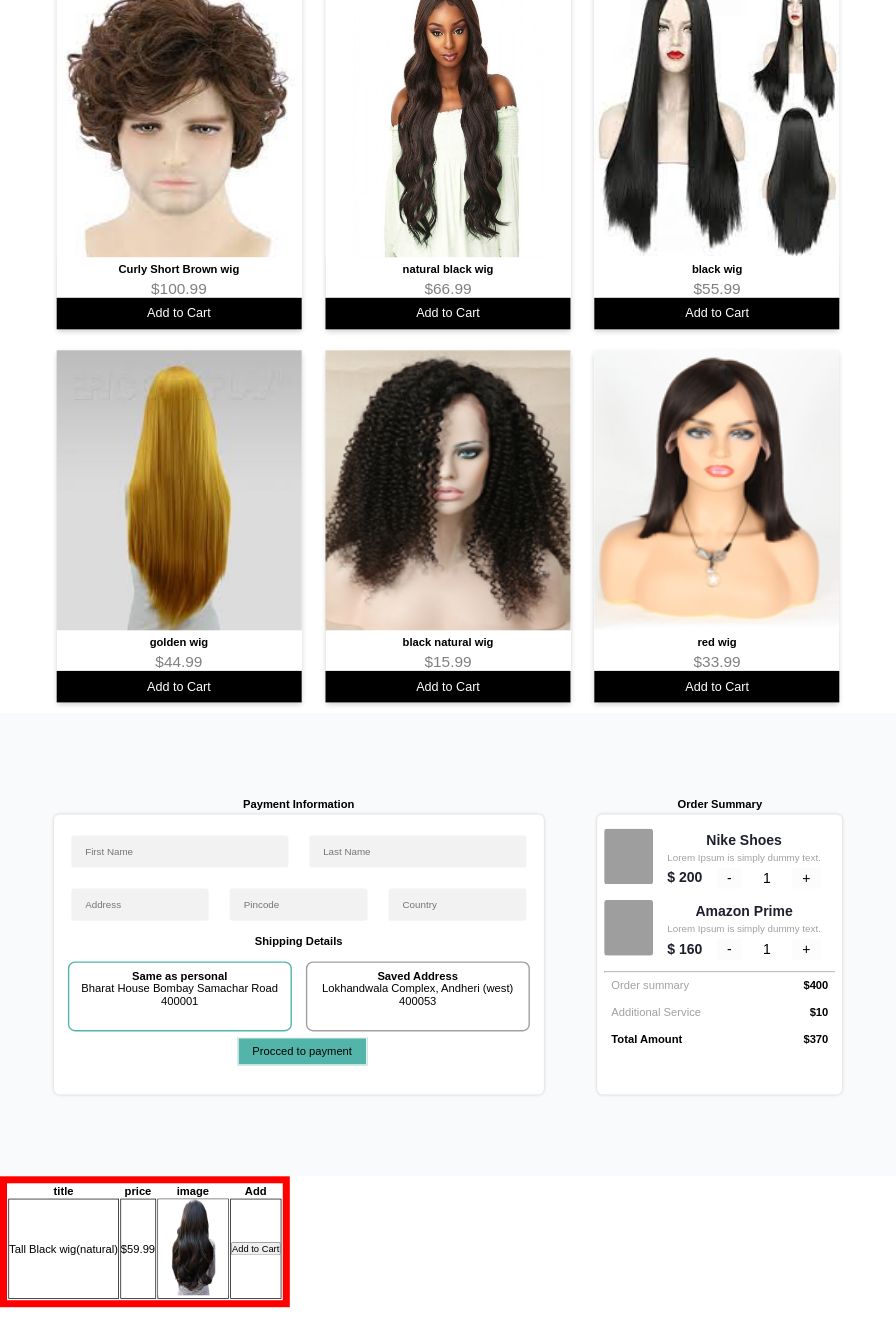
Repository: Zzero202/Zzero202
Page: index.html
The author's editor kept a copy of each file at every save. The page is drawn from the files as they stood at one save, then again after the next save.
The browser window is 1280 px wide. The pictures show the part of the page from y = 1248 to 3168 px (the page is 3166 px tall before and 3168 px after), at 70% of full size.
Pictures or frames that could not be fetched are drawn as grey boxes. A picture or video elsewhere on the page could not be fetched, so the positions and the page height are approximate.

Above is the page before, as saved 2021-12-09 01:46:49.

### index.html
<!DOCTYPE html>

<html>

<head>
	<title>Toupee Shop</title>

	<style>
		* {
			margin: 0;
			padding: 0;
		}

		.navbar {
			display: flex;
			align-items: center;
			justify-content: center;
			position: sticky;
			top: 0;
			cursor: pointer;
		}
    footer{
      display: flex;
			align-items: center;
			justify-content: center;
			position: sticky;
			bottom: 0;
			cursor: pointer;
      width: 100%;
    }

		.background {
			background: black;
			background-blend-mode: darken;
			background-size: cover;
		}

		.nav-list {
			width: 70%;
			display: flex;
			align-items: center;
		}

		.logo {
			display: flex;
			justify-content: center;
			align-items: center;
		}

		.logo img {
			width: 180px;
			border-radius: 50px;
		}

		.nav-list li {
			list-style: none;
			padding: 26px 30px;
		}

		.nav-list li a {
			text-decoration: none;
			color: white;
		}

		.nav-list li a:hover {
			color: grey;
		}

		.rightnav {
			width: 30%;
			text-align: right;
		}

		#search {
			padding: 5px;
			font-size: 17px;
			border: 2px solid grey;
			border-radius: 9px;
		}

		.firstsection {
			background-color: green;
			height: 400px;
		}

		.secondsection {
			background-color: blue;
			height: 400px;
		}

		.box-main {
			display: flex;
			justify-content: center;
			align-items: center;
			color: black;
			max-width: 80%;
			margin: auto;
			height: 80%;
		}

		.firsthalf {
			width: 100%;
			display: flex;
			flex-direction: column;
			justify-content: center;
		}

		.secondhalf {
			width: 30%;
		}

		.secondhalf img {
			width: 70%;
			border: 4px solid white;
			border-radius: 150px;
			display: block;
			margin: auto;
		}

		.text-big {
			font-family: 'Piazzolla', serif;
			font-weight: bold;
			font-size: 35px;
		}

		.text-small {
			font-size: 18px;
		}

		.btn {
			padding: 8px 20px;
			margin: 7px 0;
			border: 2px solid white;
			border-radius: 8px;
			background: none;
			color: white;
			cursor: pointer;
		}

		.btn-sm {
			padding: 6px 10px;
			vertical-align: middle;
		}

		.section {
			height: 400px;
			display: flex;
			align-items: center;
			justify-content: center;
			max-width: 90%;
			margin: auto;
		}

		.section-Left {
			flex-direction: row-reverse;
		}

		.paras {
			padding: 0px 65px;
		}

		.thumbnail img {
			width: 250px;
			border: 2px solid black;
			border-radius: 26px;
			margin-top: 19px;
		}

		.center {
			text-align: center;

text-align: center;
		}


		.text-footer {
			text-align: center;
			padding: 30px 0;
			font-family: 'Ubuntu', sans-serif;
			display: flex;
			justify-content: center;
			color: white;
		}
    .card {
  box-shadow: 0 4px 8px 0 rgba(0, 0, 0, 0.2);
  max-width: 350px;
  margin: 15px;

  text-align: center;
  font-family: arial;
  display: inline-block;
}
.card img{
  width: 350px !important;
  height: 400px !important;
}
.price {
  color: grey;
  font-size: 22px;
}

.card button {
  border: none;
  outline: 0;
  padding: 12px;
  color: white;
  background-color: #000;
  text-align: center;
  cursor: pointer;
  width: 100%;
  font-size: 18px;
}

.card button:hover {
  opacity: 0.7;
}


* {
  margin: 0;
  padding: 0;
  box-sizing: border-box;
  font-family: "Nunito", sans-serif;
}

h1 {
  font-size: 16px;
  margin: 5px;
}
.container {
  width: 100%;
  height: 92vh;
  display: flex;
  justify-content: space-evenly;
  align-items: center;
  background-color: #f9fafc;
}

/*
Payment Information card
*/
.details_card {
  width: 700px;
  height: 400px;
  box-shadow: 0 0 5px 0 rgba(0, 0, 0, 0.2);
  border-radius: 8px;
  padding: 10px;
  background-color: #fff;
}

/*
Order Summary Card
*/
.summary_card {
  background-color: #fff;
  width: 350px;
  height: 400px;
  box-shadow: 0 0 5px 0 rgba(0, 0, 0, 0.2);
  border-radius: 8px;
  padding: 10px;
}

/*
Order Card Item Card
*/
.card_item {
  display: flex;
  position: relative;
  margin: 10px 0;
}
.close-btn {
  position: absolute;
  right: 10px;
  top: 5px;
}

.card_item .product_img img {
  height: 80px;
  margin-right: 20px;
  width: 70px;
  border-radius: 5px;
}

.product_info h1 {
  font-size: 20px;
  color: #1e212d;
  margin: 5px 0;
}

.product_info p {
  color: #a1a1a1;
  font-size: 14px;
}
.product_rate_info {
  display: flex;
  margin: 5px 0;
  align-items: center;
  justify-content: space-between;
}

/*
cart item + & -
*/
.pqt {
  font-size: 20px;
  line-height: 30px;
  width: 30px;
  text-align: center;
}

.pqt-plus,
.pqt-minus {
  background: #fcfcfc;
  border: none;
  font-size: 20px;
  height: 100%;
  padding: 0 15px;
}
.pqt-plus:hover,
.pqt-minus:hover {
  background: #53b5aa;
  color: #fff;
  cursor: pointer;
}

.pqt-plus {
  line-height: 30px;
}

.pqt-minus {
  line-height: 30px;
}
/*
Order price & total
*/
.order_price,
.order_service,
.order_total {
  display: flex;

  justify-content: space-between;
  padding: 10px;
}
.order_price p,
.order_service p {
  color: #a1a1a1;
}

.order_total p {
  font-weight: 600;
}

/*
Payment Information all input
*/

.payment_details input {
  outline: 0;
  background: #f2f2f2;
  border-radius: 4px;
  width: 100%;
  border: 0;
  caret-color: #4f5d7e;
  margin: 10px 15px;
  padding: 15px 20px;
  box-sizing: border-box;
  font-size: 14px;
}

.first_lastName,
.shipping_card,
.address {
  display: flex;
  justify-content: space-between;
  margin: 10px 0;
}

.new_card {
  width: 100%;
  height: 100px;
  border: 2px solid #53b5aa;
  padding: 10px;
  margin: 10px;
  border-radius: 10px;
}

.add_savedcard {
  width: 100%;
  height: 100px;
  border: 2px solid #a1a1a1;
  padding: 10px;
  margin: 10px;
  border-radius: 10px;
}
/*
Procced Payment button
*/
.proced_payment a {
  padding: 10px 20px;
  width: 200px;
  border: 2px solid #f5f5f5;
  background-color: #53b5aa;
  color: #000;
  margin-left: 10px;
  cursor: pointer;
  text-decoration: none;
}

footer {
  background-color: #000;
  color: #fff;
  height: 50px;
  text-align: center;
}
footer a {
  text-decoration: none;
  color: #fff;
}
	</style>
</head>

<body>
	<nav class="navbar background">
		<ul class="nav-list">
			<div class="logo">
				<img src= "logo.png">
			</div>
			<li><a href="#shop">Wigs Shop</a></li>

		</ul>

		<div class="rightNav">
			<input type="text" name="search" id="search">
			<button class="btn btn-sm">Search</button>
		</div>
	</nav>


<div class="products center">
  <div class="card">
    <img src="img/1.jpg"   style="width:100%">
    <h1>Tall Black wig(natural)</h1>
    <p class="price">$59.99</p>

    <p><button>Add to Cart</button></p>
  </div>
  <div class="card">
    <img src="img/2.jpg">
    <h1>Red Short wig (natural)</h1>
    <p class="price">$77</p>

    <p><button>Add to Cart</button></p>
  </div>
  <div class="card">
    <img src="img/3.jpg"   style="width:100%">
    <h1>Curly Tall wig</h1>
    <p class="price">$33</p>

    <p><button>Add to Cart</button></p>
  </div>
  <div class="card">
    <img src="img/4.jpg"   style="width:100%">
    <h1>Silk Tall wig</h1>
    <p class="price">$87.99</p>

    <p><button>Add to Cart</button></p>
  </div>
  <div class="card">
    <img src="img/5.jpg"   style="width:100%">
    <h1>Fire Red wig</h1>
    <p class="price">$199.99</p>

    <p><button>Add to Cart</button></p>
  </div>
  <div class="card">
    <img src="img/6.jpg"   style="width:100%">
    <h1>Golden wig(natural)</h1>
    <p class="price">$19.99</p>

    <p><button>Add to Cart</button></p>
  </div>
  <div class="card">
    <img src=" img/7.jpg"   style="width:100%">
    <h1>Curly Short Brown wig</h1>
    <p class="price">$100.99</p>

    <p><button>Add to Cart</button></p>
  </div>
  <div class="card">
    <img src=" img/8.jpg"   style="width:100%">
    <h1>natural  black wig </h1>
    <p class="price">$66.99</p>

    <p><button>Add to Cart</button></p>
  </div>
  <div class="card">
    <img src=" img/9.jpg"   style="width:100%">
    <h1>black wig </h1>
    <p class="price">$55.99</p>

    <p><button>Add to Cart</button></p>
  </div>
  <div class="card">
    <img src=" img/10.jpg"   style="width:100%">
    <h1>golden wig</h1>
    <p class="price">$44.99</p>

    <p><button>Add to Cart</button></p>
  </div>
  <div class="card">
    <img src=" img/11.jpg"   style="width:100%">
    <h1>black natural wig</h1>
    <p class="price">$15.99</p>

    <p><button>Add to Cart</button></p>
  </div>
  <div class="card">
    <img src=" img/12.jpg"   style="width:100%">
    <h1>red wig </h1>
    <p class="price">$33.99</p>

    <p><button>Add to Cart</button></p>

</div>



<div class="container">
  <div class="payment_details">
    <h1>Payment Information</h1>
    <div class="details_card">
      <div class="name_address">
        <div class="first_lastName">
          <input type="text" placeholder="First Name" />
          <input type="text" placeholder="Last Name" />
        </div>
        <div class="address">
          <input type="text" onkeyup="change()" id="put" placeholder="Address" />
          <input type="number" placeholder="Pincode" />
          <input type="text" placeholder="Country" />
        </div>
      </div>
      <h1>Shipping Details</h1>
      <div class="shipping_card">
        <div class="new_card">
          <h4>Same as personal</h4>
          <p id="output">Bharat House Bombay Samachar Road</p>
          <p>400001</p>
        </div>
        <div class="add_savedcard">
          <h4>Saved Address</h4>
          <p>Lokhandwala Complex, Andheri (west)</p>
          <p>400053</p>
        </div>
      </div>
      <div class="proced_payment">
        <a href="">Procced to payment</a>
      </div>
    </div>
  </div>
  <div class="order_summary">
    <h1>Order Summary</h1>
    <div class="summary_card">
      <div class="card_item">
        <div class="product_img">
          <img src=https://images.unsplash.com/photo-1525966222134-fcfa99b8ae77?ixid=MXwxMjA3fDB8MHxwaG90by1wYWdlfHx8fGVufDB8fHw%3D&ixlib=rb-1.2.1&auto=format&fit=crop&w=643&q=80" alt="" />
        </div>
        <div class="product_info">
          <h1>Nike Shoes</h1>
          <p>Lorem Ipsum is simply dummy text.</p>
          <div class="close-btn">
            <i class="fa fa-close"></i>
          </div>
          <div class="product_rate_info">
            <h1>$ 200</h1>
            <span class="pqt-minus">-</span>
            <span class="pqt">1</span>
            <span class="pqt-plus">+</span>
          </div>
        </div>
      </div>
      <div class="card_item">
        <div class="product_img">
          <img src="https://images.unsplash.com/photo-1543512214-318c7553f230?ixid=MXwxMjA3fDB8MHxwaG90by1wYWdlfHx8fGVufDB8fHw%3D&ixlib=rb-1.2.1&auto=format&fit=crop&w=634&q=80" alt="" />
        </div>
        <div class="product_info">
          <h1>Amazon Prime</h1>
          <p>Lorem Ipsum is simply dummy text.</p>
          <div class="close-btn">
            <i class="fa fa-close"></i>
          </div>
          <div class="product_rate_info">
            <h1>$ 160</h1>
            <span class="pqt-minus">-</span>
            <span class="pqt">1</span>
            <span class="pqt-plus">+</span>
          </div>
        </div>
      </div>
      <hr />
      <div class="order_price">
        <p>Order summary</p>
        <h4>$400</h4>
      </div>
      <div class="order_service">
        <p>Additional Service</p>
        <h4>$10</h4>
      </div>
      <div class="order_total">
        <p>Total Amount</p>
        <h4>$370</h4>
      </div>
    </div>
  </div>
</div>
<section class="table-pic">
  <table>
    <thead>
      <tr>
        <th>title</th>
        <th>price</th>
        <th>image</th>
        <th>Add</th>
      </tr>
    </thead>
    <tbody>
      <tr>
        <td>Tall Black wig(natural)</td>
        <td>$59.99</td>
        <td><img src="img/1.jpg" width="100" alt=""></td>
        <td><button>Add to Cart</button></td>
      </tr>
    </tbody>
  </table>
</section>
<footer>
  <a >	Copyright ©-All rights are reserved</a>
</footer>

</body>

</html>
<style>
  table{
    border:10px solid red;
  }
  table tr td{
    border: 1px solid black;
  }
</style>

After the next save:
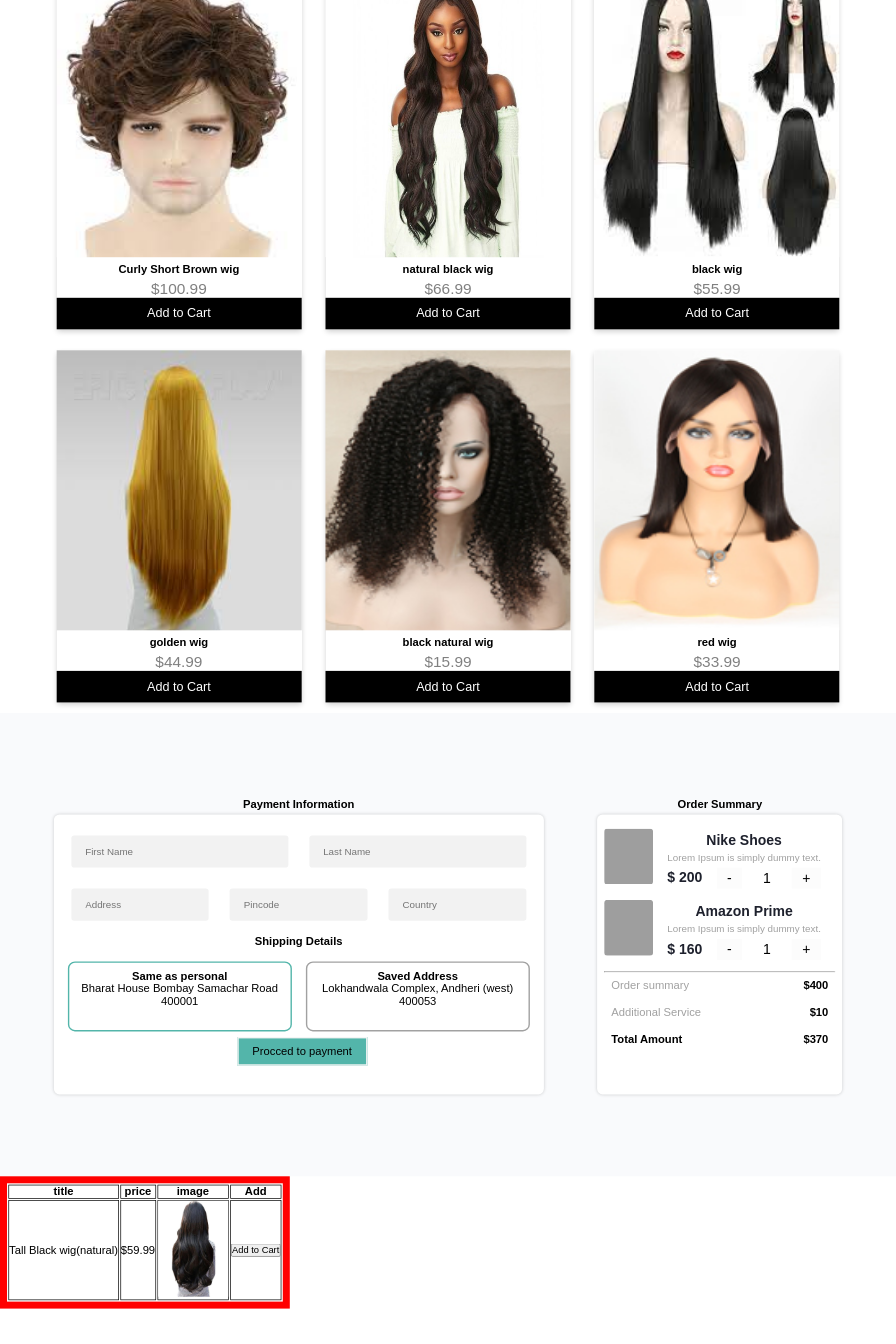
Saved 7 s later.
--- a/index.html
+++ b/index.html
@@ -644,7 +644,7 @@ footer a {
   table{
     border:10px solid red;
   }
-  table tr td{
+  table tr td,th{
     border: 1px solid black;
   }
 </style>
